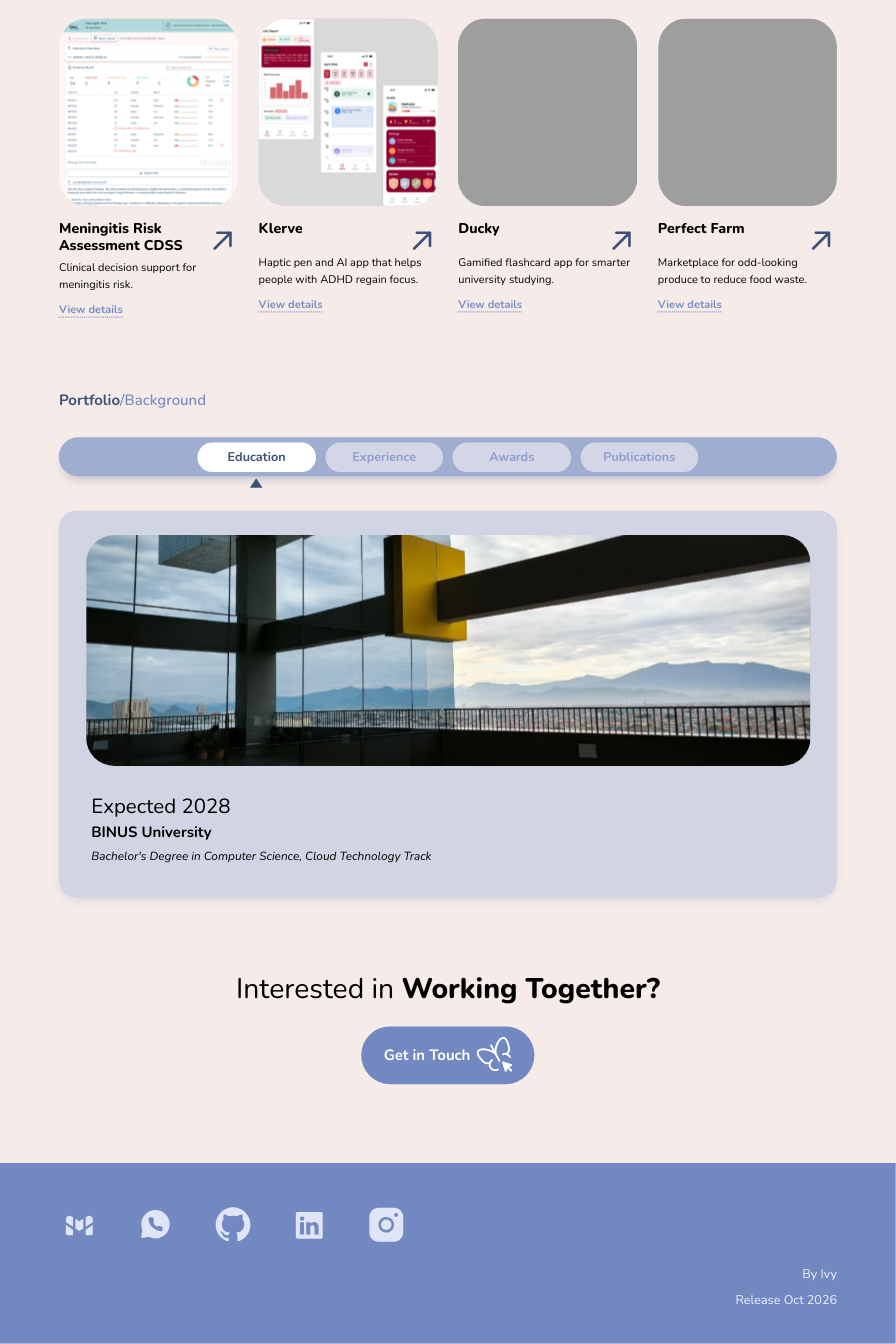
Repository: L-vy/L-vy
Page: /
The author's editor kept a copy of each file at every save. The page is drawn from the files as they stood at one save, then again after the next save.
The browser window is 1280 px wide. The pictures show the part of the page from y = 1306 to 3226 px (the page is 3226 px tall before and 3215 px after), at 70% of full size.
Pictures or frames that could not be fetched are drawn as grey boxes. Some web fonts or font styles are not loaded; a fallback is used. The project was rebuilt for these pictures with package versions that can differ from the ones it lists, and the page was loaded fresh each time. Also part of the build but not shown: vite.config.ts, src/components/ExperienceBinder.tsx, src/components/FolderCard.tsx, src/components/ProjectSidebar.tsx, src/pages/ProjectDetails.tsx.

Above is the page before, as saved 2026-10-07 21:41:36.

After the next save:
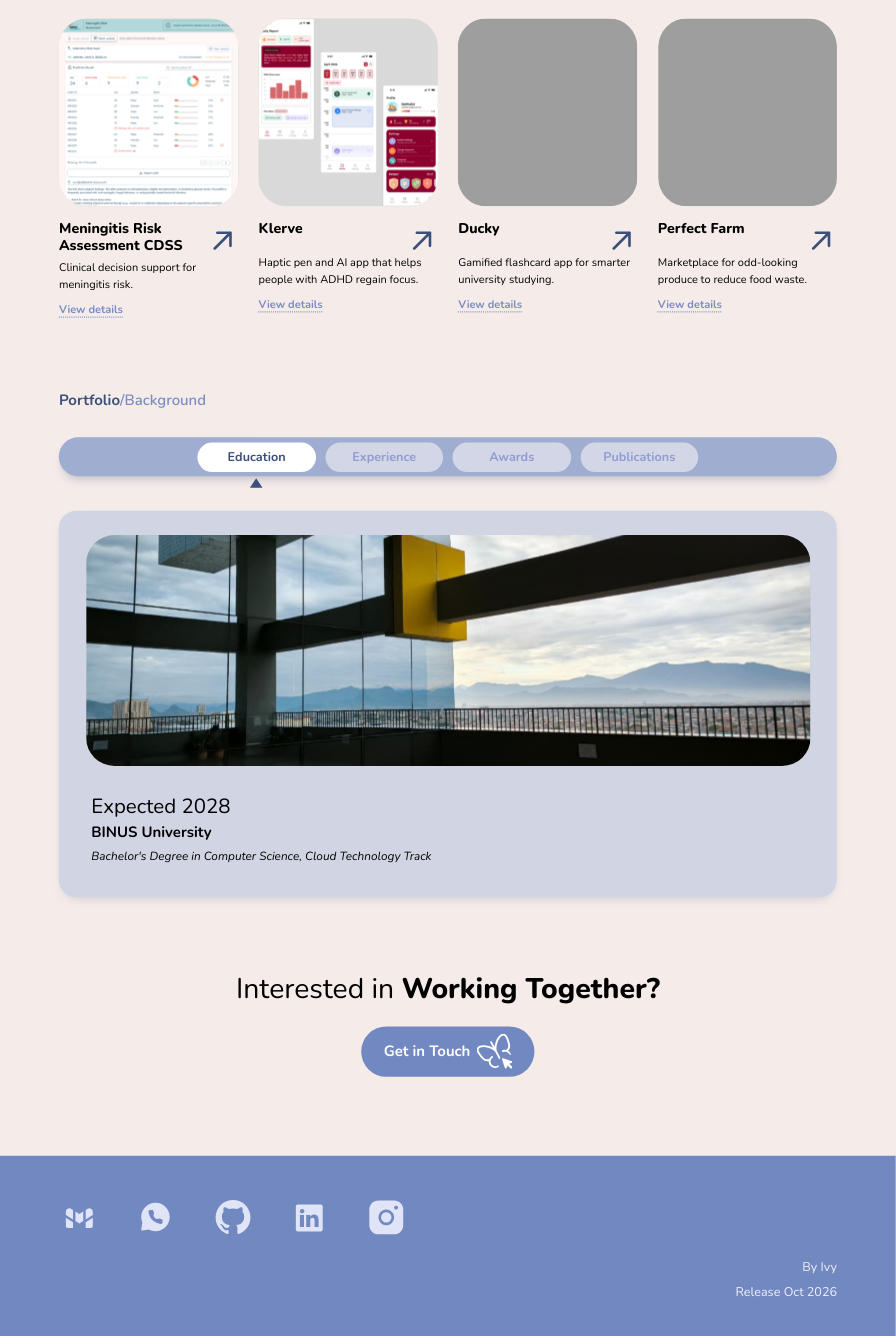
Saved 2 min 54 s later.
--- a/src/styles.css
+++ b/src/styles.css
@@ -36,7 +36,7 @@ h1{margin-top:0.25rem;font:400 2.5rem/1.35 'Playwrite US Modern','Nunito',cursiv
 .actions{display:flex;align-items:center;gap:2.25rem;margin-top:1.625rem;flex-wrap:wrap}
 .btn{display:inline-flex;align-items:center;gap:0.5rem;background:var(--ink);color:#fff;border:0;border-radius:62.4375rem;padding:0.75rem 1.375rem;font-size:1.0625rem;font-weight:700;transition:transform .25s}
 .btn:hover{transform:translateY(-2px)}
-.btn.blue{background:var(--blue);font-size:1.1875rem;padding:0.875rem 1.75rem}
+.btn.blue{background:var(--blue);font-size:1.1875rem;padding:0.575rem 1.75rem}
 .link-dotted{text-decoration:underline dotted;text-underline-offset:0.25rem;font-weight:700}
 .link-dotted.grey{color:#777;font-size:1.0625rem}
 .butterfly{display:block;margin:4rem auto 0;width:6rem}
